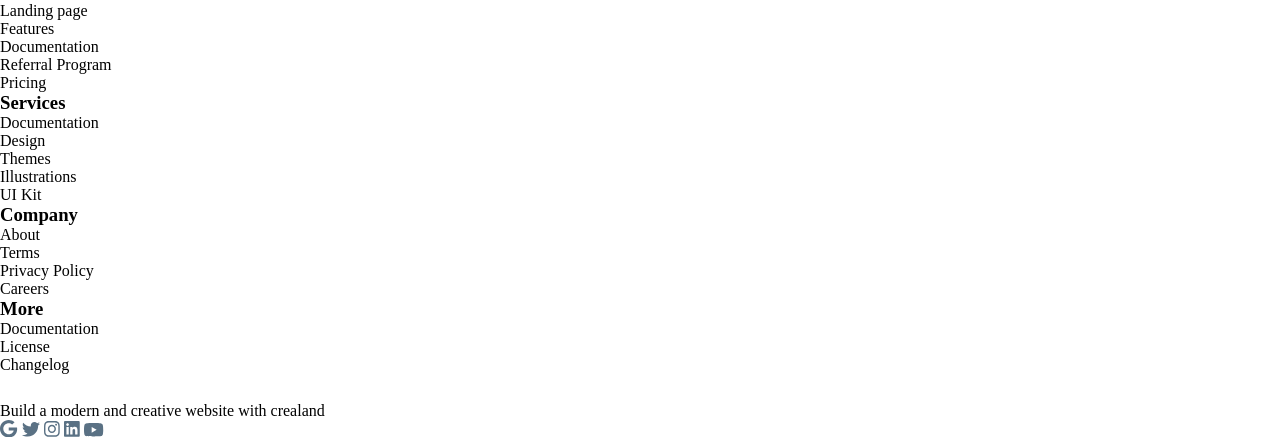
Repository: daviHmoraes/frontcomtailwind
Page: index.html
The author's editor kept a copy of each file at every save. The page is drawn from the files as they stood at one save, then again after the next save.
The browser window is 1280 px wide. The pictures show the part of the page from y = 5947 to 6500 px (the page is 6388 px tall before and 6597 px after).
A picture or video elsewhere on the page could not be fetched, so the positions and the page height are approximate.

Above is the page before, as saved 2026-08-31 18:42:24.

After the next save:
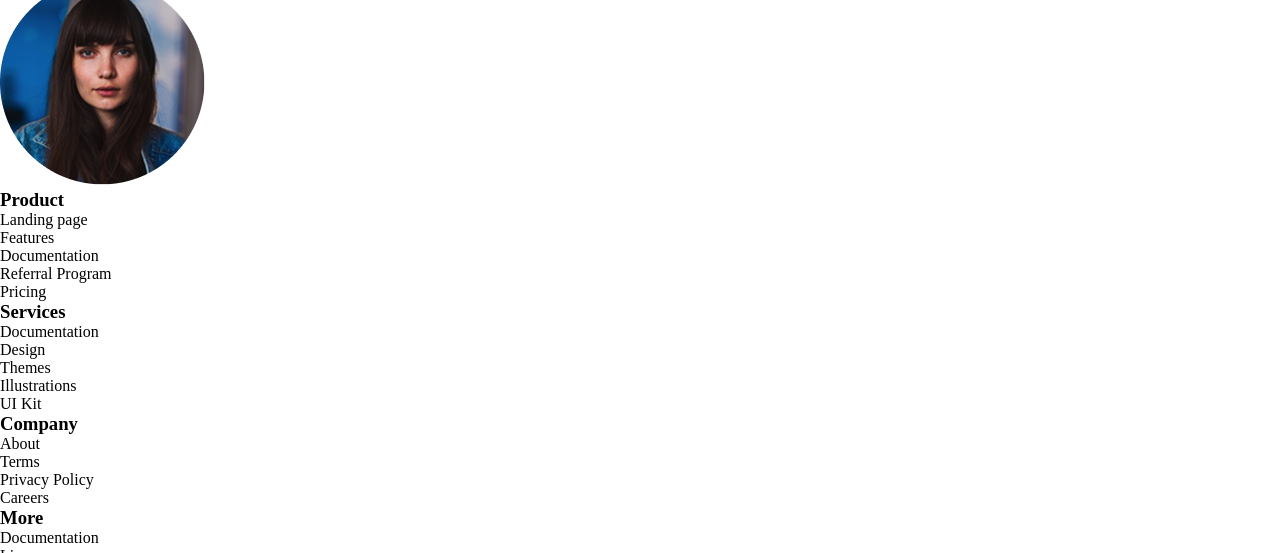
Saved 93 s later.
--- a/index.html
+++ b/index.html
@@ -403,7 +403,7 @@
 
         <section class="reports">
 
-
+            <img src="/img/report-image.png" alt="">
 
         </section>
     </main>
